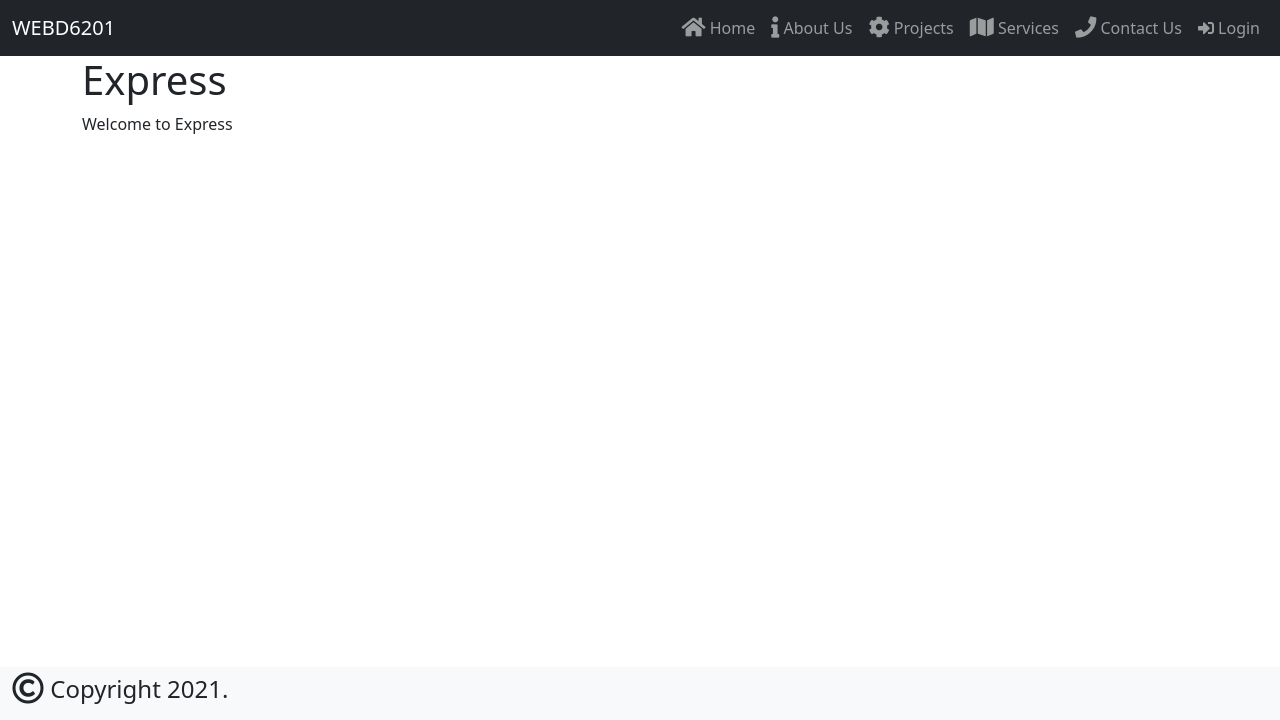
Repository: aphim/Webd6201_week10
Page: http://localhost/
These files come from the project's save history. The page is drawn as it stood at one moment and after the next save; the edit follows.
The browser window is 1280 px wide. The pictures show the whole page.
The page is served by the project's Node server (server.js). Other server files are loaded and not shown.

Above is the page before, as saved 2021-03-25 08:47:26.

### views/index.ejs
<!DOCTYPE html>
<html lang="en">
<head>
    <meta charset="UTF-8">
    <meta name="viewport" content="width=device-width, initial-scale=1.0">
    <title><%= title %></title>
    <!-- CSS Section -->
    <link rel="stylesheet" href="./bootstrap/dist/css/bootstrap.min.css">
    <link rel="stylesheet" href="./@fortawesome/fontawesome-free/css/all.min.css">
    <link rel="stylesheet" href="./Content/app.css">
    <!-- Scripts that preload-->

</head>
<body>
    <!-- Main Header -->
    <header>
      <%- include('./components/header'); %>
    </header>

    <!-- Main Content -->
    <main class="container">
      <h1><%= title %></h1>
      <p>Welcome to <%= title %></p>

    </main>

    <!-- Main Footer -->
    <footer>
      <%- include('./components/footer'); %>
    </footer>

    <!-- Script Section-->
    <script src="./jquery/dist/jquery.min.js"></script>
    <script src="./bootstrap/dist/js/bootstrap.bundle.min.js"></script>

</body>
</html>

### views/components/header.ejs
<!-- Main Navigation -->
<nav class="navbar navbar-expand-lg navbar-dark bg-dark">
    <div class="container-fluid">
      <a class="navbar-brand" href="/home">WEBD6201</a>
      <button class="navbar-toggler" type="button" data-bs-toggle="collapse" data-bs-target="#navbarSupportedContent" aria-controls="navbarSupportedContent" aria-expanded="false" aria-label="Toggle navigation">
        <span class="navbar-toggler-icon"></span>
      </button>
      <div class="collapse navbar-collapse" id="navbarSupportedContent">
        <ul class="navbar-nav ms-auto mb-2 mb-lg-0">
          <li class="nav-item">
            <a id="home" class="nav-link" aria-current="page" href="/home"><i class="fas fa-home fa-lg"></i> Home</a>
          </li>

          <li class="nav-item">
            <a id="about"  class="nav-link" aria-current="page" href="/about"><i class="fas fa-info fa-lg"></i> About Us</a>
          </li>

          <li class="nav-item">
            <a id="projects"  class="nav-link" aria-current="page" href="/projects"><i class="fas fa-cog fa-lg"></i> Projects</a>
          </li>

          <li class="nav-item">
            <a id="services"  class="nav-link" aria-current="page" href="/services"><i class="fas fa-map fa-lg"></i> Services</a>
          </li>

          <li class="nav-item">
            <a id="contact"  class="nav-link" aria-current="page" href="/contact"><i class="fas fa-phone fa-lg"></i> Contact Us</a>
          </li>

          <li id="loginListItem" class="nav-item">
            <a id="login" class="nav-link" aria-current="page" href="/login"><i class="fas fa-sign-in-alt"></i> Login</a>
          </li>
        </ul>
      </div>
    </div>
  </nav>

### views/components/footer.ejs
<nav class="navbar fixed-bottom navbar-light bg-light">
    <div class="container-fluid">
      <h4><i class="far fa-copyright fa-lg"></i> Copyright 2021.</h4>
    </div>
  </nav>

### server.js
#!/usr/bin/env node
"use strict";
Object.defineProperty(exports, "__esModule", { value: true });
let app = require('./app');
const debug = require('debug')('week10b:server');
const http = require("http");
let port = normalizePort(process.env.PORT || '3000');
app.set('port', port);
const server = http.createServer(app);
server.listen(port);
server.on('error', onError);
server.on('listening', onListening);
function normalizePort(val) {
    let port = parseInt(val, 10);
    if (isNaN(port)) {
        return val;
    }
    if (port >= 0) {
        return port;
    }
    return false;
}
function onError(error) {
    if (error.syscall !== 'listen') {
        throw error;
    }
    var bind = typeof port === 'string'
        ? 'Pipe ' + port
        : 'Port ' + port;
    switch (error.code) {
        case 'EACCES':
            console.error(bind + ' requires elevated privileges');
            process.exit(1);
            break;
        case 'EADDRINUSE':
            console.error(bind + ' is already in use');
            process.exit(1);
            break;
        default:
            throw error;
    }
}
function onListening() {
    let addr = server.address();
    let bind = typeof addr === 'string'
        ? 'pipe ' + addr
        : 'port ' + addr.port;
    debug('Listening on ' + bind);
}
//# sourceMappingURL=server.js.map

### app.js
// third party modules
const createError = require('http-errors');
const express = require('express');
const path = require('path');
const cookieParser = require('cookie-parser');
const logger = require('morgan');

// routing
let indexRouter = require('./routes/index');

// web app instance
let app = express();

// view engine setup
app.set('views', path.join(__dirname, 'views'));
app.set('view engine', 'ejs');

app.use(logger('dev'));
app.use(express.json());
app.use(express.urlencoded({ extended: false }));
app.use(cookieParser());
app.use(express.static(path.join(__dirname, 'public')));

app.use('/', indexRouter);

// catch 404 and forward to error handler
app.use(function(req, res, next)
{
  next(createError(404));
});

// error handler
app.use(function(err, req, res, next)
{
  // set locals, only providing error in development
  res.locals.message = err.message;
  res.locals.error = req.app.get('env') === 'development' ? err : {};

  // render the error page
  res.status(err.status || 500);
  res.render('error');
});

module.exports = app;

### Client/Content/app.css
/* custom css goes here */
.input-group-addon:first-child
{
    border-right: 0;
}

.input-group-addon
{
    padding: 6px 12px;
    font-size: 14px;
    font-weight: 400;
    line-height: 1;
    text-align: center;
    border: 1px solid darkgrey;
    border-radius: 4px;
}

.input-group-addon .fa
{
    font-size: 18px;
}

.input-group .form-control
{
    position:relative;
    z-index: 2;
    float:left;
    margin-bottom: 0;
}

.input-group .form-control:last-child
{
    border-top-left-radius: 0;
    border-bottom-left-radius: 0;
}



.login
{
    padding: 2rem 1rem;
    margin-bottom: 2rem;
    background-color: lightgrey;
    border-radius: .3rem;
}

.login input
{
    background-color: white;
    border-color: darkgrey;
    border-radius: .4em;
    width: 100%;
}

.edit-task
{
    position: relative;
    top: -31px;
    display: none;
}

### views/content/home.ejs
<h1>Welcome to WEBD 6201</h1>
<p id="paragraphOne"></p>

Loaded but not shown: routes/index.js (common file)

After the next save:
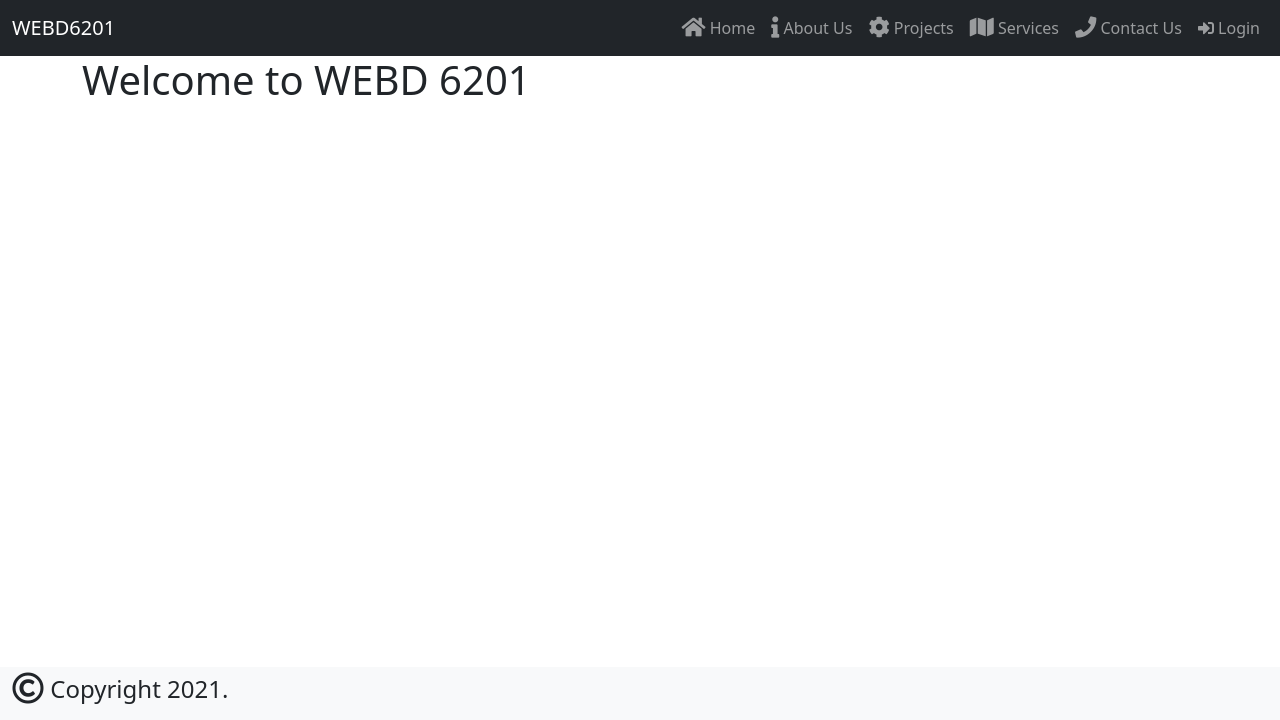
Saved 6 min 35 s later.
--- a/views/index.ejs
+++ b/views/index.ejs
@@ -19,8 +19,7 @@
 
     <!-- Main Content -->
     <main class="container">
-      <h1><%= title %></h1>
-      <p>Welcome to <%= title %></p>
+      <%- include('./content/'+ page); %>
 
     </main>
 
